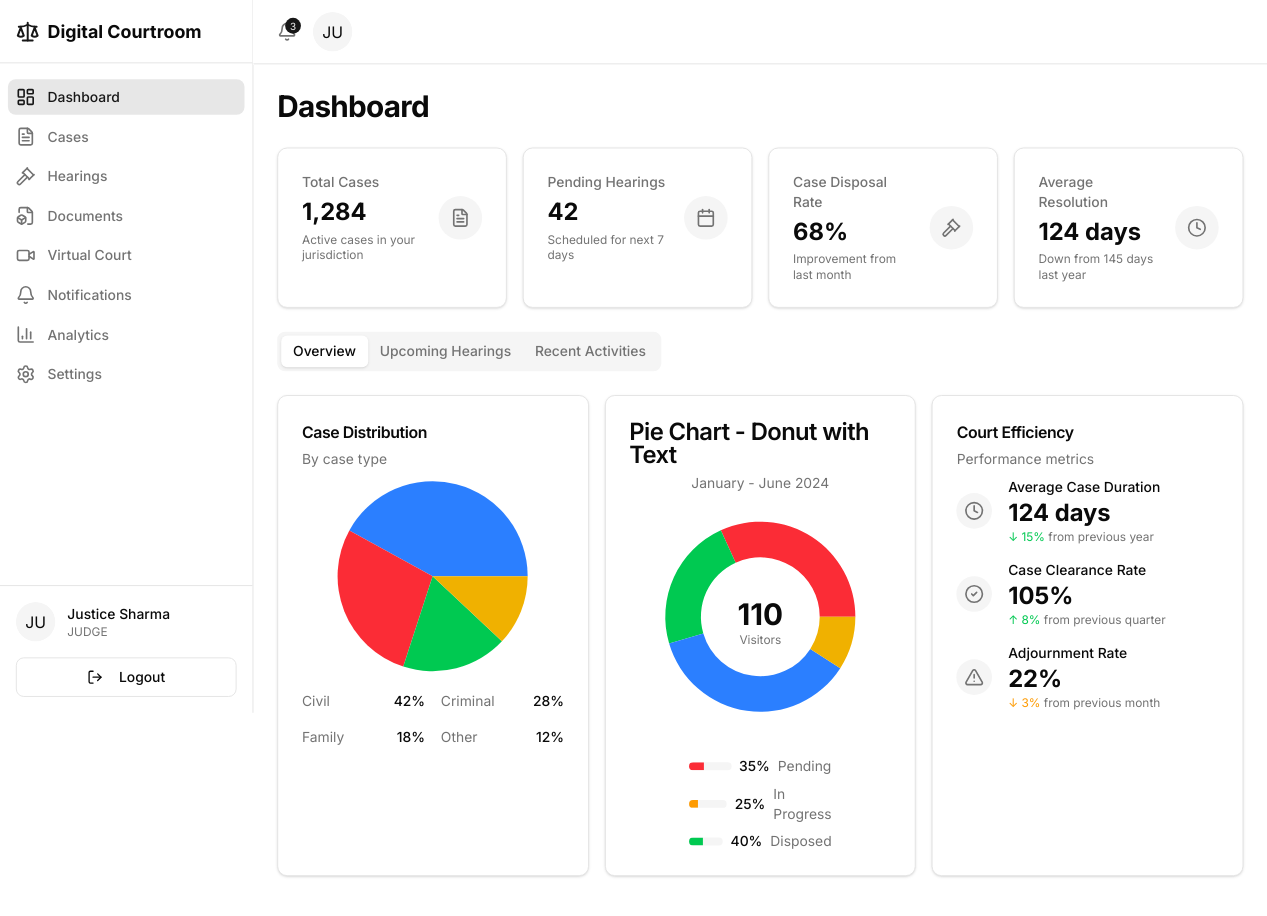
Repository: n0tank3sh/digicourt
Page: /dashboard (app in frontend/)
An editor plug-in stored every save of this project. The page is shown before and after a run of saves, followed by the edit.
The browser window is 1280 px wide. The pictures show the whole page, at 99% of full size.
The project was rebuilt for these pictures with package versions that can differ from the ones it lists, and the page was loaded fresh each time. The framework's server and built-in components were replaced by stand-ins that run in the browser. Also part of the build but not shown: frontend/next.config.ts.

Above is the page before, as saved 2025-03-26 23:27:09.

### frontend/src/components/ui/card.tsx
import * as React from "react"

import { cn } from "@/lib/utils"

const Card = React.forwardRef<
  HTMLDivElement,
  React.HTMLAttributes<HTMLDivElement>
>(({ className, ...props }, ref) => (
  <div
    ref={ref}
    className={cn(
      "rounded-lg border bg-card text-card-foreground shadow-sm",
      className
    )}
    {...props}
  />
))
Card.displayName = "Card"

const CardHeader = React.forwardRef<
  HTMLDivElement,
  React.HTMLAttributes<HTMLDivElement>
>(({ className, ...props }, ref) => (
  <div
    ref={ref}
    className={cn("flex flex-col space-y-1.5 p-6", className)}
    {...props}
  />
))
CardHeader.displayName = "CardHeader"

const CardTitle = React.forwardRef<
  HTMLDivElement,
  React.HTMLAttributes<HTMLDivElement>
>(({ className, ...props }, ref) => (
  <div
    ref={ref}
    className={cn(
      "text-2xl font-semibold leading-none tracking-tight",
      className
    )}
    {...props}
  />
))
CardTitle.displayName = "CardTitle"

const CardDescription = React.forwardRef<
  HTMLDivElement,
  React.HTMLAttributes<HTMLDivElement>
>(({ className, ...props }, ref) => (
  <div
    ref={ref}
    className={cn("text-sm text-muted-foreground", className)}
    {...props}
  />
))
CardDescription.displayName = "CardDescription"

const CardContent = React.forwardRef<
  HTMLDivElement,
  React.HTMLAttributes<HTMLDivElement>
>(({ className, ...props }, ref) => (
  <div ref={ref} className={cn("p-6 pt-0", className)} {...props} />
))
CardContent.displayName = "CardContent"

const CardFooter = React.forwardRef<
  HTMLDivElement,
  React.HTMLAttributes<HTMLDivElement>
>(({ className, ...props }, ref) => (
  <div
    ref={ref}
    className={cn("flex items-center p-6 pt-0", className)}
    {...props}
  />
))
CardFooter.displayName = "CardFooter"

export { Card, CardHeader, CardFooter, CardTitle, CardDescription, CardContent }

### frontend/src/components/ui/tabs.tsx
"use client"

import * as React from "react"
import * as TabsPrimitive from "@radix-ui/react-tabs"

import { cn } from "@/lib/utils"

const Tabs = TabsPrimitive.Root

const TabsList = React.forwardRef<
  React.ElementRef<typeof TabsPrimitive.List>,
  React.ComponentPropsWithoutRef<typeof TabsPrimitive.List>
>(({ className, ...props }, ref) => (
  <TabsPrimitive.List
    ref={ref}
    className={cn(
      "inline-flex h-10 items-center justify-center rounded-md bg-muted p-1 text-muted-foreground",
      className
    )}
    {...props}
  />
))
TabsList.displayName = TabsPrimitive.List.displayName

const TabsTrigger = React.forwardRef<
  React.ElementRef<typeof TabsPrimitive.Trigger>,
  React.ComponentPropsWithoutRef<typeof TabsPrimitive.Trigger>
>(({ className, ...props }, ref) => (
  <TabsPrimitive.Trigger
    ref={ref}
    className={cn(
      "inline-flex items-center justify-center whitespace-nowrap rounded-sm px-3 py-1.5 text-sm font-medium ring-offset-background transition-all focus-visible:outline-none focus-visible:ring-2 focus-visible:ring-ring focus-visible:ring-offset-2 disabled:pointer-events-none disabled:opacity-50 data-[state=active]:bg-background data-[state=active]:text-foreground data-[state=active]:shadow-sm",
      className
    )}
    {...props}
  />
))
TabsTrigger.displayName = TabsPrimitive.Trigger.displayName

const TabsContent = React.forwardRef<
  React.ElementRef<typeof TabsPrimitive.Content>,
  React.ComponentPropsWithoutRef<typeof TabsPrimitive.Content>
>(({ className, ...props }, ref) => (
  <TabsPrimitive.Content
    ref={ref}
    className={cn(
      "mt-2 ring-offset-background focus-visible:outline-none focus-visible:ring-2 focus-visible:ring-ring focus-visible:ring-offset-2",
      className
    )}
    {...props}
  />
))
TabsContent.displayName = TabsPrimitive.Content.displayName

export { Tabs, TabsList, TabsTrigger, TabsContent }

### frontend/src/types/index.ts
// User Types
export enum UserRole {
  JUDGE = "JUDGE",
  LAWYER = "LAWYER",
  COURT_STAFF = "COURT_STAFF",
  CITIZEN = "CITIZEN",
  ADMIN = "ADMIN",
}

export interface User {
  id: string
  name: string
  email: string
  role: UserRole
  barId?: string // For lawyers
  courtId?: string // For judges and court staff
  createdAt: Date
  updatedAt: Date
}

// Case Types
export enum CaseStatus {
  FILED = "FILED",
  PENDING = "PENDING",
  IN_PROGRESS = "IN_PROGRESS",
  SCHEDULED = "SCHEDULED",
  ADJOURNED = "ADJOURNED",
  DISPOSED = "DISPOSED",
  CLOSED = "CLOSED",
}

export enum CaseType {
  CIVIL = "CIVIL",
  CRIMINAL = "CRIMINAL",
  FAMILY = "FAMILY",
  CORPORATE = "CORPORATE",
  CONSTITUTIONAL = "CONSTITUTIONAL",
  OTHER = "OTHER",
}

export interface Case {
  id: string
  caseNumber: string
  title: string
  description: string
  type: CaseType
  status: CaseStatus
  filingDate: Date
  plaintiffs: string[] // IDs of involved parties
  defendants: string[] // IDs of involved parties
  judgerId?: string
  courtId: string
  createdAt: Date
  updatedAt: Date
}

// Hearing Types
export enum HearingType {
  PHYSICAL = "PHYSICAL",
  VIRTUAL = "VIRTUAL",
  HYBRID = "HYBRID",
}

export enum HearingStatus {
  SCHEDULED = "SCHEDULED",
  IN_PROGRESS = "IN_PROGRESS",
  COMPLETED = "COMPLETED",
  ADJOURNED = "ADJOURNED",
  CANCELLED = "CANCELLED",
}

export interface Hearing {
  id: string
  caseId: string
  scheduledDate: Date
  actualDate?: Date
  type: HearingType
  status: HearingStatus
  location: string // Court room or virtual link
  notes?: string
  attendees: string[] // IDs of attendees
  createdAt: Date
  updatedAt: Date
}

// Document Types
export enum DocumentType {
  PETITION = "PETITION",
  EVIDENCE = "EVIDENCE",
  AFFIDAVIT = "AFFIDAVIT",
  JUDGMENT = "JUDGMENT",
  ORDER = "ORDER",
  NOTICE = "NOTICE",
  OTHER = "OTHER",
}

export interface Document {
  id: string
  caseId: string
  title: string
  type: DocumentType
  fileUrl: string
  fileSize: number
  mimeType: string
  uploadedBy: string // User ID
  isPublic: boolean
  version: number
  createdAt: Date
  updatedAt: Date
}

// Notification Types
export enum NotificationType {
  CASE_UPDATE = "CASE_UPDATE",
  HEARING_SCHEDULED = "HEARING_SCHEDULED",
  HEARING_RESCHEDULED = "HEARING_RESCHEDULED",
  DOCUMENT_UPLOADED = "DOCUMENT_UPLOADED",
  SUMMONS = "SUMMONS",
  JUDGMENT_DELIVERED = "JUDGMENT_DELIVERED",
  OTHER = "OTHER",
}

export interface Notification {
  id: string
  userId: string
  type: NotificationType
  title: string
  message: string
  relatedId?: string // ID of related entity (case, hearing, etc.)
  isRead: boolean
  createdAt: Date
}

// Court Types
export interface Court {
  id: string
  name: string
  type: string
  address: string
  jurisdiction: string
  contactNumber: string
  email: string
  createdAt: Date
  updatedAt: Date
}

// Analytics Types
export interface CaseAnalytics {
  totalCases: number
  pendingCases: number
  disposedCases: number
  averageDisposalTime: number // in days
  casesByType: Record<CaseType, number>
  casesByStatus: Record<CaseStatus, number>
  monthlyCaseFiling: { month: string; count: number }[]
}

export interface CourtAnalytics {
  totalHearings: number
  completedHearings: number
  adjournedHearings: number
  averageHearingDuration: number // in minutes
  hearingsByType: Record<HearingType, number>
  courtUtilization: number // percentage
}

### frontend/src/components/ui/piechart.tsx
"use client"
import { TrendingUp } from "lucide-react"
import { Pie, PieChart } from "recharts"
import {
    Card,
    CardContent,
    CardDescription,
    CardHeader,
    CardTitle,

} from "@/components/ui/card"
import {
    ChartConfig,
    ChartContainer,
    ChartTooltip,
    ChartTooltipContent,
} from "@/components/ui/chart"
const chartData = [
    { browser: "Civil", visitors: 42, fill: "var(--color-blue-500)" },
    { browser: "Criminal", visitors: 28, fill: "var(--color-red-500)" },
    { browser: "Family", visitors: 18, fill: "var(--color-green-500)" },
    { browser: "other", visitors: 12, fill: "var(--color-yellow-500)" },
]
const chartConfig = {
    visitors: {
        label: "Visitors",
    },
    chrome: {
        label: "Chrome",
        color: "hsl(var(--chart-1))",
    },
    safari: {
        label: "Safari",
        color: "hsl(var(--chart-2))",
    },
    firefox: {
        label: "Firefox",
        color: "hsl(var(--chart-3))",
    },
    edge: {
        label: "Edge",
        color: "hsl(var(--chart-4))",
    },
    other: {
        label: "Other",
        color: "hsl(var(--chart-5))",
    },
} satisfies ChartConfig
export function PieChartComponent() {
    return (
        <Card className="flex flex-col  bg-transparent shadow-none  border-none   ">
                {/* <CardHeader className="bg-transparent ">
                <CardTitle>Pie Chart</CardTitle>
                    <CardDescription>Browser usage statistics</CardDescription>

                </CardHeader> */}
            <CardContent className="flex-1  pb-0 ">
                <ChartContainer
                    config={chartConfig}
                    className="mx-auto  h-[500px] aspect-square max-h-[250px] pb-0 [&_.recharts-pie-label-text]:fill-foreground"
                >
                    <PieChart>
                        <ChartTooltip content={<ChartTooltipContent hideLabel/>} />
                        <Pie data={chartData} dataKey="visitors"  nameKey="browser" />
                    </PieChart>
                </ChartContainer>
            </CardContent>

        </Card>
    )
}

### frontend/src/components/ui/donutchart.tsx
"use client"

import * as React from "react"
import { TrendingUp } from "lucide-react"
import { Label, Pie, PieChart } from "recharts"

import {
    Card,
    CardContent,
    CardDescription,
    CardFooter,
    CardHeader,
    CardTitle,
} from "@/components/ui/card"
import {
    ChartConfig,
    ChartContainer,
    ChartTooltip,
    ChartTooltipContent,
} from "@/components/ui/chart"
const chartData = [
    { browser: "pending", visitors: 35, fill: "var(--color-red-500)" },
    { browser: "process", visitors: 25, fill: "var(--color-green-500)" },
    { browser: "disposed", visitors: 40, fill: "var(--color-blue-500)" },
    { browser: "disposed", visitors: 10, fill: "var(--color-yellow-500)" },

]

const chartConfig = {
    visitors: {
        label: "Visitors",
    },
    chrome: {
        label: "Chrome",
        color: "hsl(var(--chart-1))",
    },
    safari: {
        label: "Safari",
        color: "hsl(var(--chart-2))",
    },
    firefox: {
        label: "Firefox",
        color: "hsl(var(--chart-3))",
    },
    edge: {
        label: "Edge",
        color: "hsl(var(--chart-4))",
    },
    other: {
        label: "Other",
        color: "hsl(var(--chart-5))",
    },
} satisfies ChartConfig

export function DonutChart() {
    const totalVisitors = React.useMemo(() => {
        return chartData.reduce((acc, curr) => acc + curr.visitors, 0)
    }, [])

    return (
        <Card className="flex flex-col">
            <CardHeader className="items-center pb-0">
                <CardTitle>Pie Chart - Donut with Text</CardTitle>
                <CardDescription>January - June 2024</CardDescription>
            </CardHeader>
            <CardContent className="flex-1 pb-0">
                <ChartContainer
                    config={chartConfig}
                    className="mx-auto aspect-square max-h-[250px]"
                >
                    <PieChart>
                        <ChartTooltip
                            cursor={false}
                            content={<ChartTooltipContent hideLabel />}
                        />
                        <Pie
                            data={chartData}
                            dataKey="visitors"
                            nameKey="browser"
                            innerRadius={60}
                            strokeWidth={5}
                        >
                            <Label
                                content={({ viewBox }) => {
                                    if (viewBox && "cx" in viewBox && "cy" in viewBox) {
                                        return (
                                            <text
                                                x={viewBox.cx}
                                                y={viewBox.cy}
                                                textAnchor="middle"
                                                dominantBaseline="middle"
                                            >
                                                <tspan
                                                    x={viewBox.cx}
                                                    y={viewBox.cy}
                                                    className="fill-foreground text-3xl font-bold"
                                                >
                                                    {totalVisitors.toLocaleString()}
                                                </tspan>
                                                <tspan
                                                    x={viewBox.cx}
                                                    y={(viewBox.cy || 0) + 24}
                                                    className="fill-muted-foreground"
                                                >
                                                    Visitors
                                                </tspan>
                                            </text>
                                        )
                                    }
                                }}
                            />
                        </Pie>
                    </PieChart>
                </ChartContainer>
            </CardContent>
            <CardFooter className="flex-col gap-2 text-sm">
                <div className="space-y-2 mt-4">
                    <div className="flex items-center">
                        <div className="w-full flex items-center gap-2">
                            <div className="h-2 w-full bg-muted rounded-full overflow-hidden">
                                <div className="bg-red-500 h-full w-[35%]" />
                            </div>
                            <span className="text-sm font-medium">35%</span>
                        </div>
                        <span className="text-sm text-muted-foreground ml-2 w-24">Pending</span>
                    </div>
                    <div className="flex items-center">
                        <div className="w-full flex items-center gap-2">
                            <div className="h-2 w-full bg-muted rounded-full overflow-hidden">
                                <div className="bg-amber-500 h-full w-[25%]" />
                            </div>
                            <span className="text-sm font-medium">25%</span>
                        </div>
                        <span className="text-sm text-muted-foreground ml-2 w-24">In Progress</span>
                    </div>
                    <div className="flex items-center">
                        <div className="w-full flex items-center gap-2">
                            <div className="h-2 w-full bg-muted rounded-full overflow-hidden">
                                <div className="bg-green-500 h-full w-[40%]" />
                            </div>
                            <span className="text-sm font-medium">40%</span>
                        </div>
                        <span className="text-sm text-muted-foreground ml-2 w-24">Disposed</span>
                    </div>
                </div>
            </CardFooter>
        </Card>
    )
}

### frontend/src/components/ui/button.tsx
import * as React from "react"
import { Slot } from "@radix-ui/react-slot"
import { cva, type VariantProps } from "class-variance-authority"

import { cn } from "@/lib/utils"

const buttonVariants = cva(
  "inline-flex items-center justify-center gap-2 whitespace-nowrap rounded-md text-sm font-medium ring-offset-background transition-colors focus-visible:outline-none focus-visible:ring-2 focus-visible:ring-ring focus-visible:ring-offset-2 disabled:pointer-events-none disabled:opacity-50 [&_svg]:pointer-events-none [&_svg]:size-4 [&_svg]:shrink-0",
  {
    variants: {
      variant: {
        default: "bg-primary text-primary-foreground hover:bg-primary/90",
        destructive:
          "bg-destructive text-destructive-foreground hover:bg-destructive/90",
        outline:
          "border border-input bg-background hover:bg-accent hover:text-accent-foreground",
        secondary:
          "bg-secondary text-secondary-foreground hover:bg-secondary/80",
        ghost: "hover:bg-accent hover:text-accent-foreground",
        link: "text-primary underline-offset-4 hover:underline",
      },
      size: {
        default: "h-10 px-4 py-2",
        sm: "h-9 rounded-md px-3",
        lg: "h-11 rounded-md px-8",
        icon: "h-10 w-10",
      },
    },
    defaultVariants: {
      variant: "default",
      size: "default",
    },
  }
)

export interface ButtonProps
  extends React.ButtonHTMLAttributes<HTMLButtonElement>,
    VariantProps<typeof buttonVariants> {
  asChild?: boolean
}

const Button = React.forwardRef<HTMLButtonElement, ButtonProps>(
  ({ className, variant, size, asChild = false, ...props }, ref) => {
    const Comp = asChild ? Slot : "button"
    return (
      <Comp
        className={cn(buttonVariants({ variant, size, className }))}
        ref={ref}
        {...props}
      />
    )
  }
)
Button.displayName = "Button"

export { Button, buttonVariants }

### frontend/src/components/ui/avatar.tsx
"use client"

import * as React from "react"
import * as AvatarPrimitive from "@radix-ui/react-avatar"

import { cn } from "@/lib/utils"

const Avatar = React.forwardRef<
  React.ElementRef<typeof AvatarPrimitive.Root>,
  React.ComponentPropsWithoutRef<typeof AvatarPrimitive.Root>
>(({ className, ...props }, ref) => (
  <AvatarPrimitive.Root
    ref={ref}
    className={cn(
      "relative flex h-10 w-10 shrink-0 overflow-hidden rounded-full",
      className
    )}
    {...props}
  />
))
Avatar.displayName = AvatarPrimitive.Root.displayName

const AvatarImage = React.forwardRef<
  React.ElementRef<typeof AvatarPrimitive.Image>,
  React.ComponentPropsWithoutRef<typeof AvatarPrimitive.Image>
>(({ className, ...props }, ref) => (
  <AvatarPrimitive.Image
    ref={ref}
    className={cn("aspect-square h-full w-full", className)}
    {...props}
  />
))
AvatarImage.displayName = AvatarPrimitive.Image.displayName

const AvatarFallback = React.forwardRef<
  React.ElementRef<typeof AvatarPrimitive.Fallback>,
  React.ComponentPropsWithoutRef<typeof AvatarPrimitive.Fallback>
>(({ className, ...props }, ref) => (
  <AvatarPrimitive.Fallback
    ref={ref}
    className={cn(
      "flex h-full w-full items-center justify-center rounded-full bg-muted",
      className
    )}
    {...props}
  />
))
AvatarFallback.displayName = AvatarPrimitive.Fallback.displayName

export { Avatar, AvatarImage, AvatarFallback }

Loaded but not shown: frontend/src/app/layout.tsx (common file); frontend/src/components/theme-provider.tsx (common file); frontend/src/lib/utils.ts (common file); frontend/src/app/dashboard/page.tsx (304 lines, source omitted); frontend/src/components/ui/chart.tsx (365 lines, source omitted); frontend/src/components/layout/main-layout.tsx (187 lines, source omitted); frontend/src/app/globals.css (202 lines, source omitted); frontend/src/components/ui/sheet.tsx (140 lines, source omitted)

After the next 4 saves:
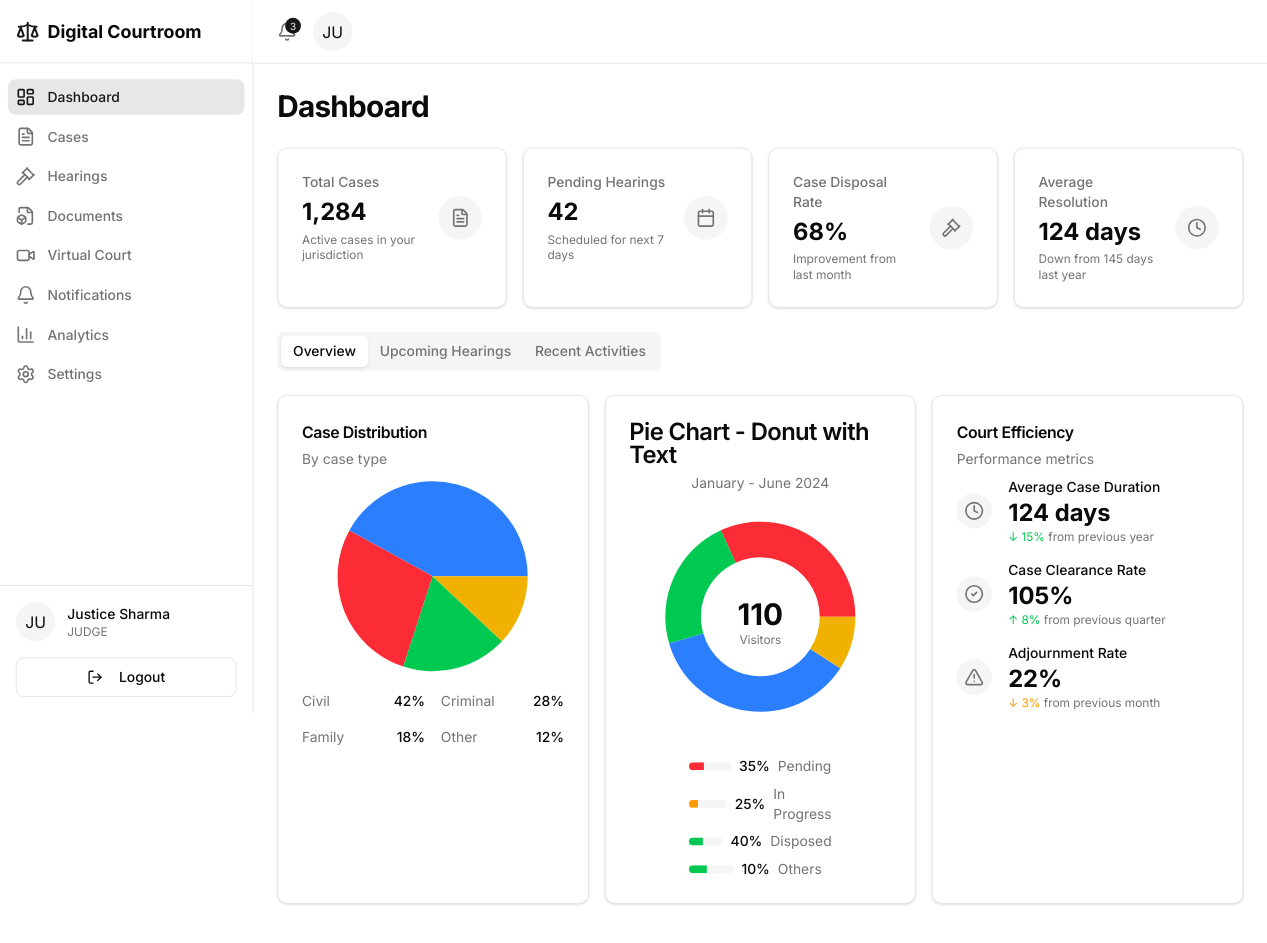
The 4 saves are shown as one change because they came seconds apart.
The last was saved 19 s later.
--- a/frontend/src/components/ui/donutchart.tsx
+++ b/frontend/src/components/ui/donutchart.tsx
@@ -142,6 +142,15 @@ export function DonutChart() {
                         </div>
                         <span className="text-sm text-muted-foreground ml-2 w-24">Disposed</span>
                     </div>
+                    <div className="flex items-center">
+                        <div className="w-full flex items-center gap-2">
+                            <div className="h-2 w-full bg-muted rounded-full overflow-hidden">
+                                <div className="bg-green-500 h-full w-[40%]" />
+                            </div>
+                            <span className="text-sm font-medium">10%</span>
+                        </div>
+                        <span className="text-sm text-muted-foreground ml-2 w-24">Others</span>
+                    </div>
                 </div>
             </CardFooter>
         </Card>
